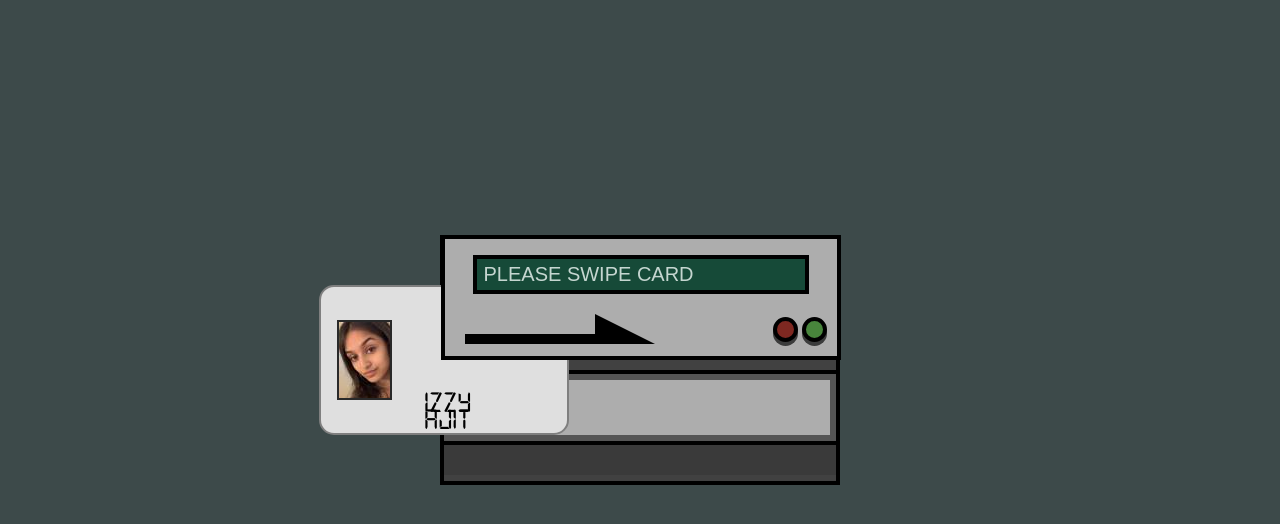
Repository: Aaquib111/Aaquib111.github.io
Page: treasure-page.html
The author's editor kept a copy of each file at every save. The page is drawn from the files as they stood at one save, then again after the next save.
The browser window is 1280 px wide. The pictures show the whole page.

Above is the page before, as saved 2021-05-20 20:53:54.

After the next save:
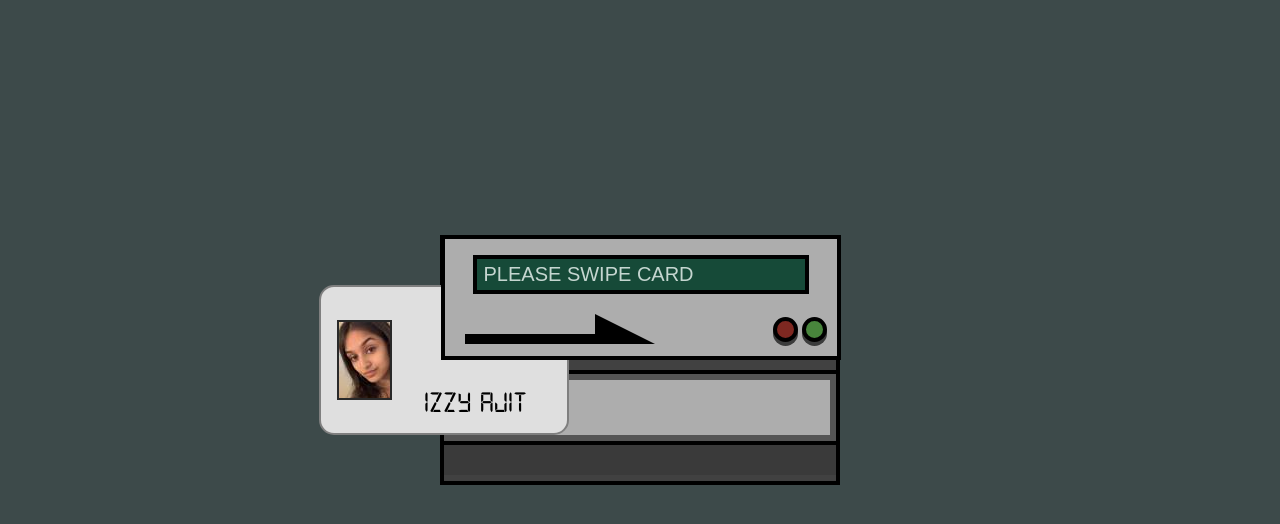
Saved 24 s later.
--- a/css/swipe.css
+++ b/css/swipe.css
@@ -228,7 +228,6 @@
   }
   #name{
     position: relative;
-    width: 50px;
     height: 0px;
     content: "name";
     margin-left: 32px;
